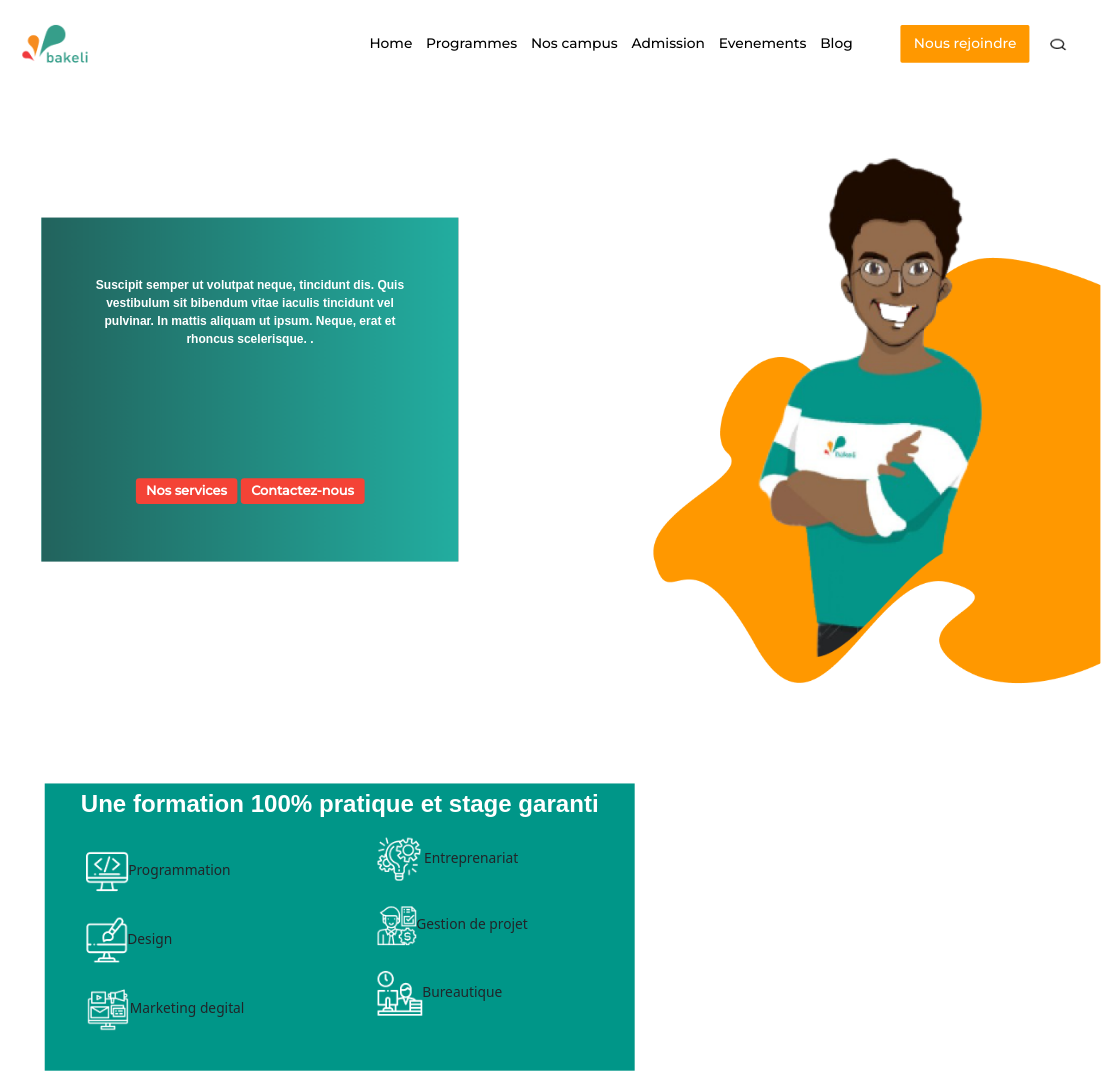
Repository: wadelfadill/tache_6_validation_prototype_bootstrap
Page: index.html
These files come from the project's save history. The page is drawn as it stood at one moment and after the next save; the edit follows.
The browser window is 1280 px wide. The pictures show the whole page, at 86% of full size.
Some web libraries are served in a nearby version.

Above is the page before, as saved 2023-04-24 20:24:18.

### index.html
<!DOCTYPE html>
<html lang="en">
<head>
    <meta charset="UTF-8">
    <meta http-equiv="X-UA-Compatible" content="IE=edge">
    <meta name="viewport" content="width=device-width, initial-scale=1.0">
    <!--------titre du site--------->
    <title>Document</title>

    <!-------link vers le site de bootstrap-->
    <link href="https://cdn.jsdelivr.net/npm/bootstrap@5.1.3/dist/css/bootstrap.min.css" rel="stylesheet" integrity="sha384-1BmE4kWBq78iYhFldvKuhfTAU6auU8tT94WrHftjDbrCEXSU1oBoqyl2QvZ6jIW3" crossorigin="anonymous">

    <!--------link vers le fichier css---------->
    <link rel="stylesheet" href="style.css">

    <!---------Google Fonts links------------>
    <link rel="preconnect" href="https://fonts.googleapis.com">
    <link rel="preconnect" href="https://fonts.gstatic.com" crossorigin>
    <link href="https://fonts.googleapis.com/css2?family=Manrope&family=Montserrat:wght@500&family=Poppins:wght@200&family=Roboto&display=swap" rel="stylesheet">
    <!------------ Google Font Awesome ----------->
    <script src="https://kit.fontawesome.com/8f130c8a35.js" crossorigin="anonymous"></script>
</head>
<body>

    <!-- ========== Start Header Section ========== -->
    <header id="header">
        <nav class="navbar navbar-expand-lg">
            <div class="container-fluid p-3">
              <a class="navbar-brand" href="#"><img src="image/logo.png" alt=""></a>
              <button class="navbar-toggler" type="button" data-bs-toggle="collapse" data-bs-target="#navbarNav" aria-controls="navbarNav" aria-expanded="false" aria-label="Toggle navigation">
                <i class="fa-solid fa-bars" style="color: #000000;"></i>
              </button>
              <div class="collapse navbar-collapse mt-4 mt-lg-0" id="navbarNav">
                <ul class="navbar-nav ms-auto">
                  <li class="nav-item">
                    <a class="nav-link active" aria-current="page" href="#">Home</a>
                  </li>
                  <li class="nav-item">
                    <a class="nav-link" href="#">Programmes</a>
                  </li>
                  <li class="nav-item">
                    <a class="nav-link" href="#">Nos campus</a>
                  </li>
                  <li class="nav-item">
                    <a class="nav-link" href="#">Admission</a>
                  </li>
                  <li class="nav-item">
                    <a class="nav-link" href="#">Evenements</a>
                  </li>
                  <li class="nav-item">
                    <a class="nav-link" href="">Blog</a>
                  </li>
                </ul>
                <button class="btn btn-primary ms-lg-5 mt-3 mt-lg-0">Nous rejoindre</button>
                <a href="#" class="me-lg-4 ms-lg-4 ms-1 d-block d-lg-inline mt-3 mt-lg-0"><img src="image/Groupsearch.png" alt=""></a>
              </div>
            </div>
          </nav>
    </header>
    <!-- ========== End Header Section ========== -->
    <!---------------------------------------------------->
    <!-- ========== Start Main Section ========== -->
    <main id="main">
        <!-- ========== Start Home Section ========== -->
        <section id="home">
            <div class="container-fluid pe-0">
                <div class="row align-items-center d-flex flex-column-reverse flex-md-row gy-4 gy-md-0 me-md-0">
                    <div class="col-12 col-md-5 ps-0 pe-0 ps-md-5">
                        <div class="container space-vert justify-content-between text-center d-flex justify-content-around flex-column w-100 w-md-auto">
                            <p>Suscipit semper ut volutpat neque, tincidunt dis.
                                Quis <br> vestibulum sit bibendum vitae iaculis tincidunt
                                 vel <br> pulvinar. In mattis aliquam ut ipsum.
                                 Neque, erat et <br> rhoncus scelerisque. .
                            </p>
                            <div class="d-grid gap-2 d-md-block d-block">
                                <button class="btn btn-primary" type="button">Nos services</button>
                                <button class="btn btn-primary" type="button">Contactez-nous</button>
                            </div>
                        </div>
                    </div>
                    <div class="col-12 col-md-5 offset-md-2 me-md-0 pe-0">
                        <div class="img">
                            <img src="image/Group 27.png" class="img-fluid w-100 h-100 profile"alt="">
                        </div>
                    </div>
                </div>
            </div>
        </section>
        <!-- ========== End Home Section ========== -->

        <!-- ========== Start Formation Section ========== -->
        <section id="formations">
            <div class="container-fluid ps-5 pe-5">
                <div class="row p-3">
                    <div class="col-md-7 formation">
                        <h1 class="text-center pt-2">Une formation 100% pratique et stage garanti</h1>
                        <div class="row">
                            <div class="col-6 p-3">
                                <ul>
                                    <li><span><img src="image/Group1.png" alt=""></span>Programmation</li>
                                    <li><span><img src="image/Group2.png" alt=""></span>Design</li>
                                    <li><span><img src="image/digital-marketing 1.png" alt=""></span>Marketing degital</li>
                                </ul>
                            </div>
                            <div class="col-6">
                                <ul>
                                    <li><span><img src="image/project-management 1.png" alt=""></span> Entreprenariat</li>
                                    <li><span><img src="image/investor 1.png" alt=""></span>Gestion de projet</li>
                                    <li><span><img src="image/work 1.png" alt=""></span>Bureautique</li>
                                </ul>
                            </div>
                        </div>

                    </div>
                    <div class="col-md-5"></div>
                </div>
            </div>
        </section>
        <!-- ========== End Formation Section ========== -->

        <!-- ========== Start Cours Section ========== -->
        <section id="cours">

        </section>
        <!-- ========== End Cours Section ========== -->

        <!-- ========== Start diplomes Section ========== -->
        <section id="diplomes">

        </section>
        <!-- ========== End diplomes Section ========== -->

        <!-- ========== Start coach Section ========== -->
        <section id="coach">

        </section>
        <!-- ========== End coach Section ========== -->

        <!-- ========== Start activites Section ========== -->
        <section id="activites">

        </section>
        <!-- ========== End activites Section ========== -->

        <!-- ========== Start partenaires Section ========== -->
        <section id="partenaires">

        </section>
        <!-- ========== End partenaires Section ========== -->

    </main>
    <!-- ========== End Main Section ========== -->
    <!----------------------------------------------------->
    <!-- ========== Start Footer Section ========== -->
    <footer id="footer">

    </footer>
    <!-- ========== End Footer Section ========== -->
    <!------------------------------------------------------->
    <!----------- bootstrap script ------------->
    <script src="https://cdn.jsdelivr.net/npm/bootstrap@5.1.3/dist/js/bootstrap.bundle.min.js" integrity="sha384-ka7Sk0Gln4gmtz2MlQnikT1wXgYsOg+OMhuP+IlRH9sENBO0LRn5q+8nbTov4+1p" crossorigin="anonymous"></script>
</body>
</html>

### style.css
/* ===== variables css ======= */
:root{
    --bg-white:#FFFFFF;
    --bg-orange:#FF9800;
    --bg-green:#009688;
    --bg-linear-green: linear-gradient(90deg, rgba(13, 66, 61, 0.9) -22.84%, rgba(12, 199, 181, 0.9) 138.88%),linear-gradient(0deg, #E6E6E6, #E6E6E6);
    --bg-second-orange:#F44336;
    --bg-gray:rgba(238, 249, 248, 0.9);

}

/*======== General ============*/
*{
    padding: 0;
    margin: 0;
}
body{
    padding: 0;
    margin: 0;
    background: var(--bg-white);
}

/*============= navbar ================*/
nav{
    font-family: 'Montserrat';
    font-weight: 400;
    color: black;
    background: var(--bg-white);
    padding-left: 10px;
}
nav .navbar-brand img{
    width: 76px;
    height: 43.78px;
}
nav a.nav-link{
    color: black;
    padding-left: 10px;
    padding-right: 10px;
}
nav a.nav-link:hover, nav a.nav-link:focus{
    color: black;
}
nav .btn-primary, nav .btn-primary:hover, nav .btn-primary:focus{
    background: var(--bg-orange);
    color: var(--bg-white);
    border: none;
    box-shadow: none;
}
nav #navbarNav button{
    padding: 10px;
    padding-left: 15px;
    padding-right: 15px;
    border-radius: 2px;
}
nav button i{
    font-size: 40px;
}
nav .navbar-toggler:focus{
    box-shadow: none;
    border: none;
}

/* =========== home section =========== */
#home{
    margin-top: 10px;
    margin-bottom: 100px;
}
.space-vert{
    width: 100%;
    height: 400px;
    background: var(--bg-linear-green);
}
.space-vert p{
    font-family: 'arial';
    font-weight: 700;
    font-size: 14px;
    line-height: 21px;
    color: var(--bg-white);
}
.space-vert .btn-primary, .space-vert .btn-primary:hover, .space-vert .btn-primary:focus{
    font-family: 'Montserrat';
    background: var(--bg-second-orange);
    color: var(--bg-white);
    border: none;
    box-shadow: none;
    font-weight: 700;
    font-size: 15px;
    line-height: 18px;
}
.profile{
    background-image: url("image/Vectors.png");
    background-repeat: no-repeat;
    background-position:right bottom;
    background-size: contain;
    float: end;
}
.img{
    width: 100%;
    height: 682.83px;
}
/*========= formation section ============*/
#formations .formation{
    background: var(--bg-green);

}
#formations .formation h1{
    font-family: Arial;
    font-size: 28px;
    font-weight: 700;
    line-height: 32px;
    letter-spacing: 0em;
    text-align: left;
    color: #FFFFFF;
}
#formations .formation ul{
    margin-top: 15px;
}
#formations .formation ul li{
    list-style: none;
    margin-bottom: 30px;

}

After the next save:
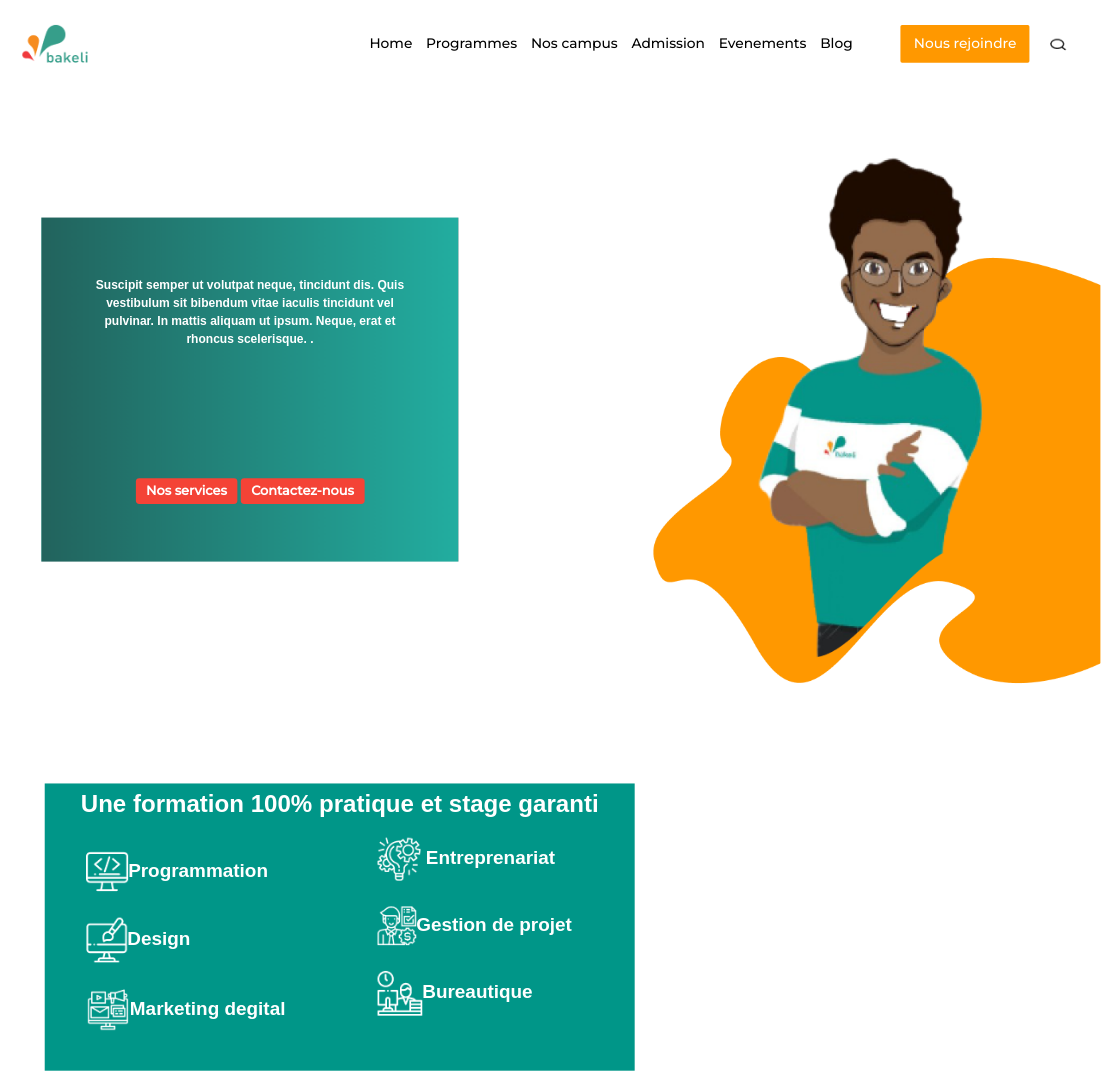
Saved 46 s later.
--- a/style.css
+++ b/style.css
@@ -118,5 +118,12 @@
 #formations .formation ul li{
     list-style: none;
     margin-bottom: 30px;
+    font-family: Arial;
+    font-size: 22px;
+    font-weight: 700;
+    line-height: 25px;
+    letter-spacing: 0em;
+    text-align: left;
+    color: #FFFFFF;
 
 }
